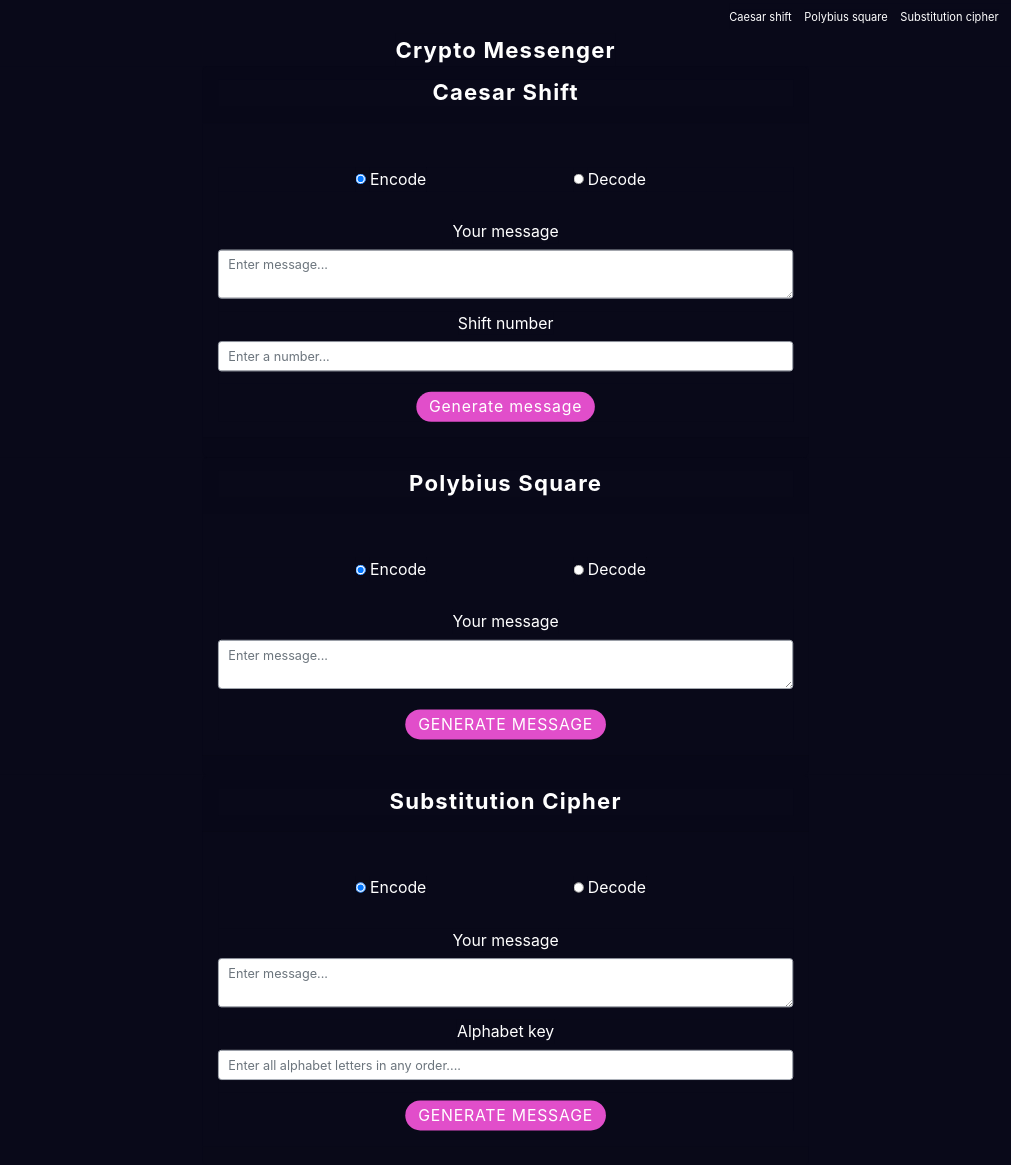
Repository: Rthompson2548/Project-Decoder-Ring
Page: index.html
An editor plug-in stored every save of this project. The page is shown before and after a run of saves, followed by the edit.
The browser window is 1280 px wide. The pictures show the whole page, at 79% of full size.

Above is the page before, as saved 2022-04-09 20:22:05.

After the next 2 saves:
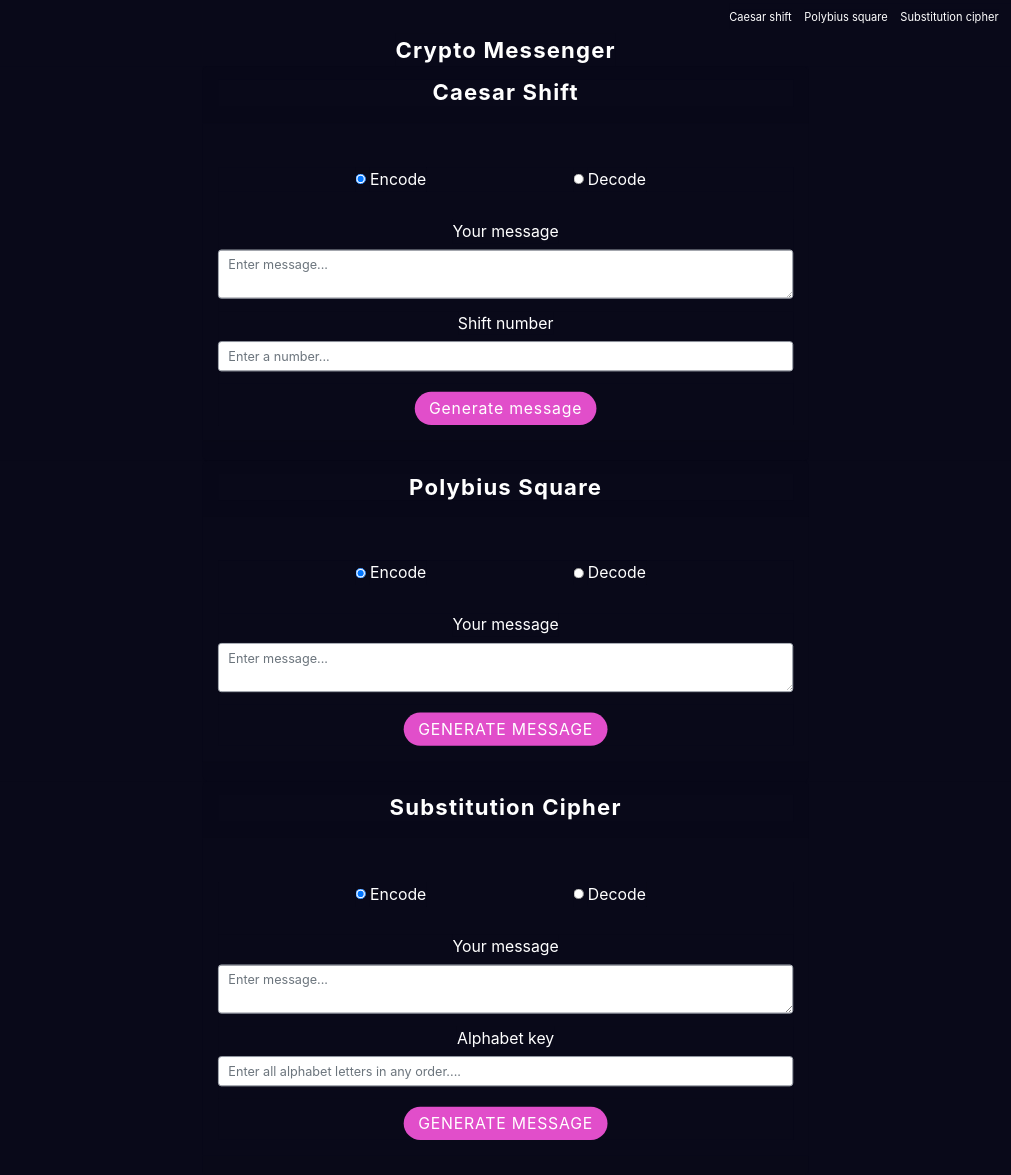
The 2 saves are shown as one change because they came seconds apart.
The last was saved 7 s later.
--- a/index.css
+++ b/index.css
@@ -92,7 +92,7 @@ label {
   border: none;
   color: #fff;
   border-radius: 25px;
-  padding: 4px 16px;
+  padding: 6px 18px;
   margin-top: 10px;
   font-size: 20px;
   letter-spacing: 1px;
